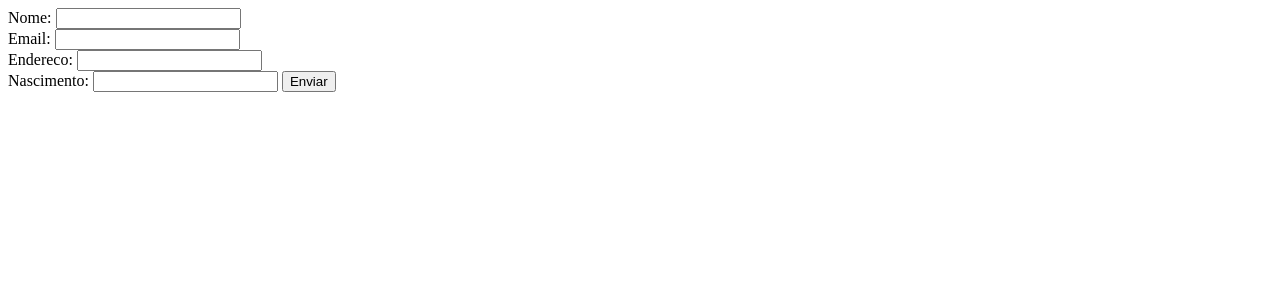
Repository: sergioweber79/aula-java
Page: aula-java-web/src/main/webapp/logged/index.html
The author's editor kept a copy of each file at every save. The page is drawn from the files as they stood at one save, then again after a run of saves.
The browser window is 1280 px wide. The pictures show the whole page.

Above is the page before, as saved 2016-02-22 16:49:27.

### aula-java-web/src/main/webapp/logged/index.html
<!DOCTYPE html>
<html>
	<head>
		<meta charset="UTF-8">
		<title>Cadastro Usuarios</title>
	</head>
	<body>
		<form action="/servlet">

			Nome: <input type="text" name="name"/>
			<br/>
			Email:  <input type="text" name="email"/>
			<br/>
			Endereco:  <input type="text" name="address"/>
			<br/>
			Nascimento:  <input type="text" name="birthDay"/>

			<input type="submit" value="Enviar">


		</form>
	</body>
</html>

After the next 2 saves:
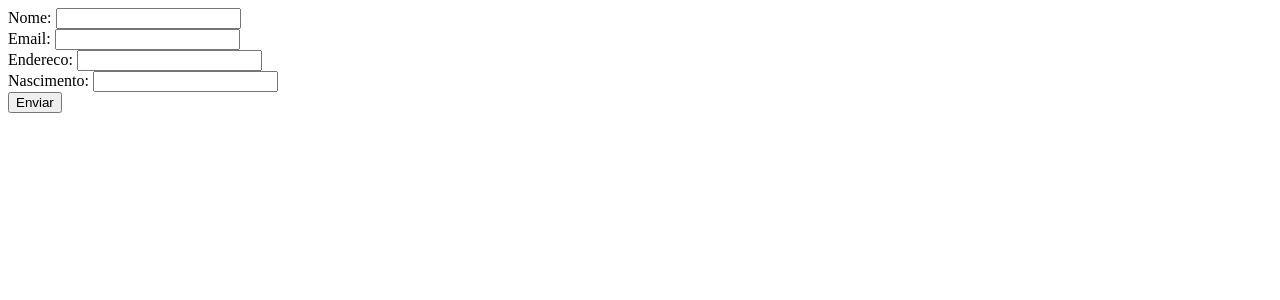
The 2 saves are shown as one change because they came seconds apart.
The last was saved 76 s later.
--- a/aula-java-web/src/main/webapp/logged/index.html
+++ b/aula-java-web/src/main/webapp/logged/index.html
@@ -14,8 +14,8 @@
 			Endereco:  <input type="text" name="address"/>
 			<br/>
 			Nascimento:  <input type="text" name="birthDay"/>
-
-			<input type="submit" value="Enviar">
+			<br/>
+			<input type="submit" value="Enviar"/>
 
 
 		</form>
